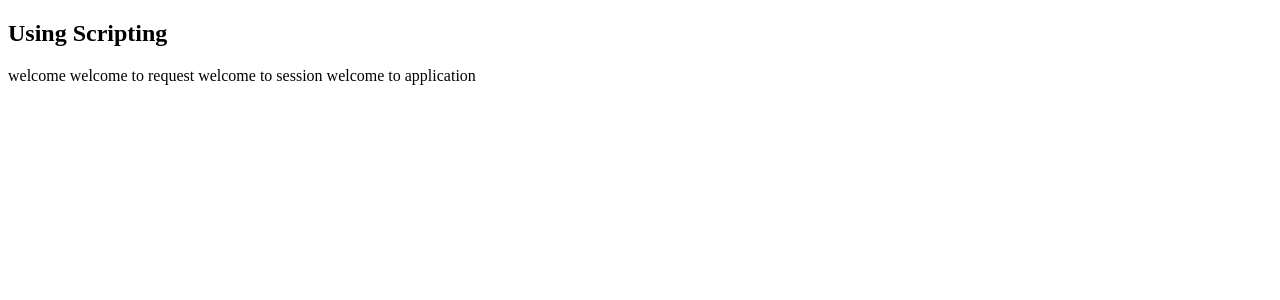
Repository: bigee1397/22-3-2024
Page: http://localhost/JSPDemos/explang.jsp
These files come from the project's save history. The page is drawn as it stood at one moment and after the next save; the edit follows.
The browser window is 1280 px wide. The pictures show the whole page.
The page is served by Tomcat 9.

Above is the page before, as saved 2024-03-18 04:48:12.

After the next save:
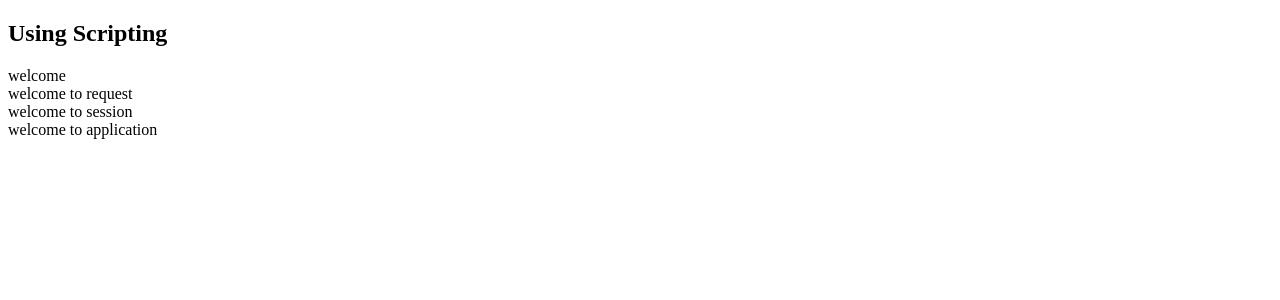
Saved 23 s later.
--- a/jspandservlets/JSPDemos/src/main/webapp/explang.jsp
+++ b/jspandservlets/JSPDemos/src/main/webapp/explang.jsp
@@ -15,9 +15,9 @@
 	%>
 
 	<h2>Using Scripting</h2>
-	${message }
-	${requestScope.message }
-	${sessionScope.message }
-	${applicationScope.message }
+	${message } <br>
+	${requestScope.message } <br>
+	${sessionScope.message } <br>
+	${applicationScope.message } <br>
 </body>
 </html>
